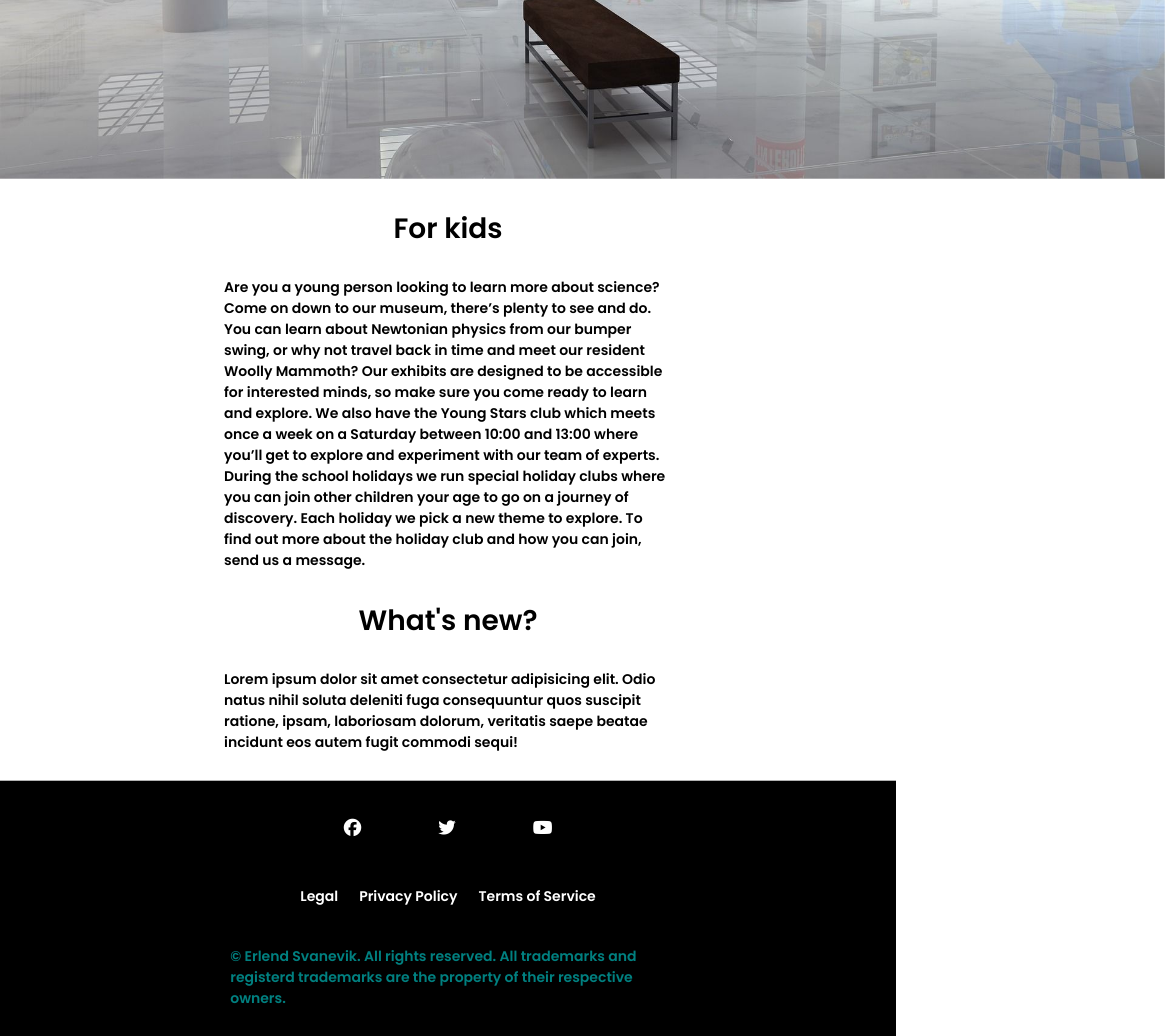
Repository: EpleWasTaken/Semester-Project
Page: index.html
The author's editor kept a copy of each file at every save. The page is drawn from the files as they stood at one save, then again after the next save.
The browser window is 1280 px wide. The page is 1664 px wide, so the pictures cover 1664 px, including what lies to the right of the window. The pictures show the part of the page from y = 1026 to 2506 px (the page is 2506 px tall before and 2476 px after), at 70% of full size.
Some web libraries are served in a nearby version.

Above is the page before, as saved 2020-12-04 12:31:06.

After the next save:
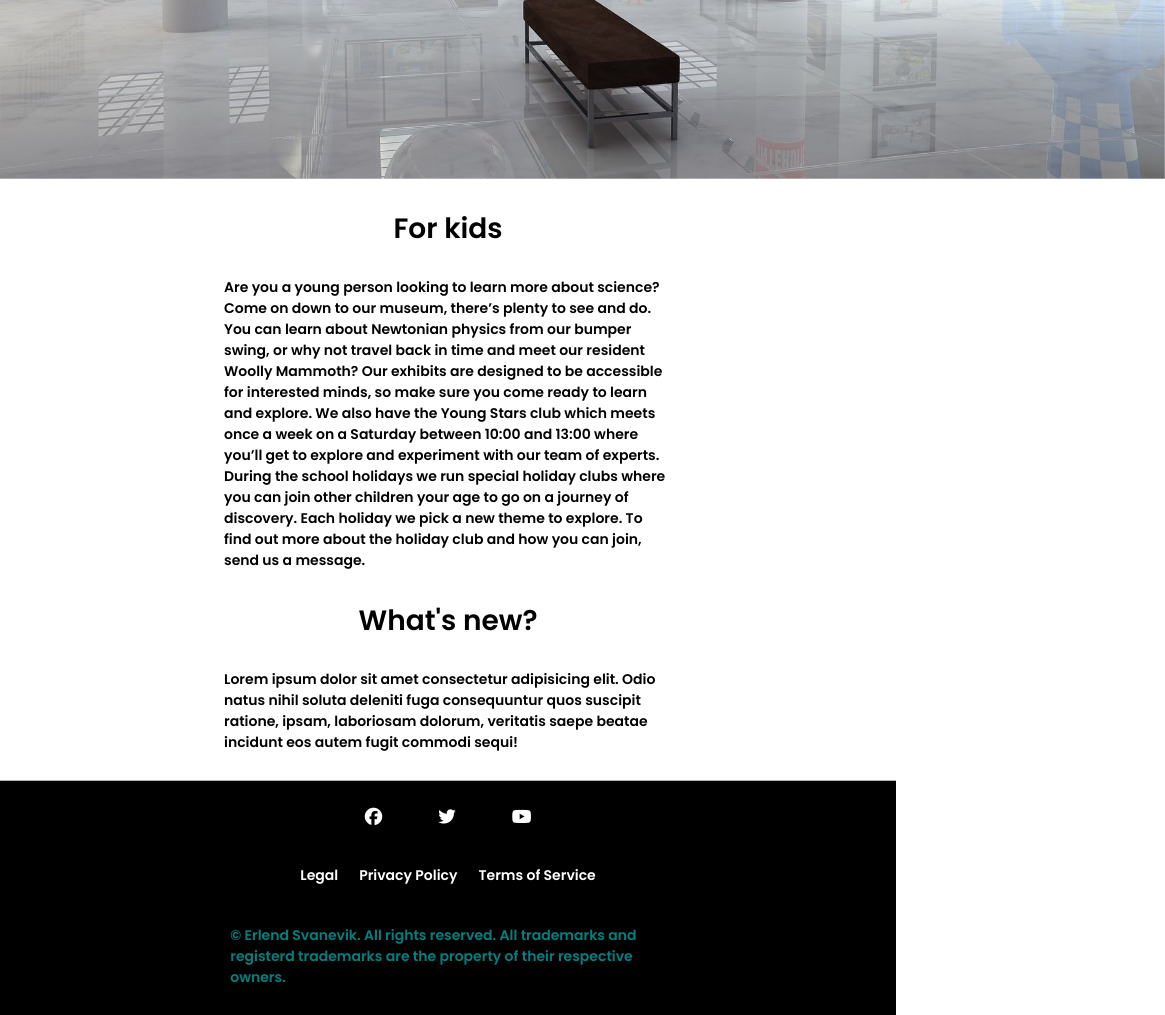
Saved 4 s later.
--- a/css/styles.css
+++ b/css/styles.css
@@ -60,7 +60,7 @@ ul a {
 	justify-content: space-between;
 	list-style-type: none;
 	color: white;
-	margin: 40px;
+	margin: 25px;
 	font-weight: 600;
 	align-items: center;
 }
